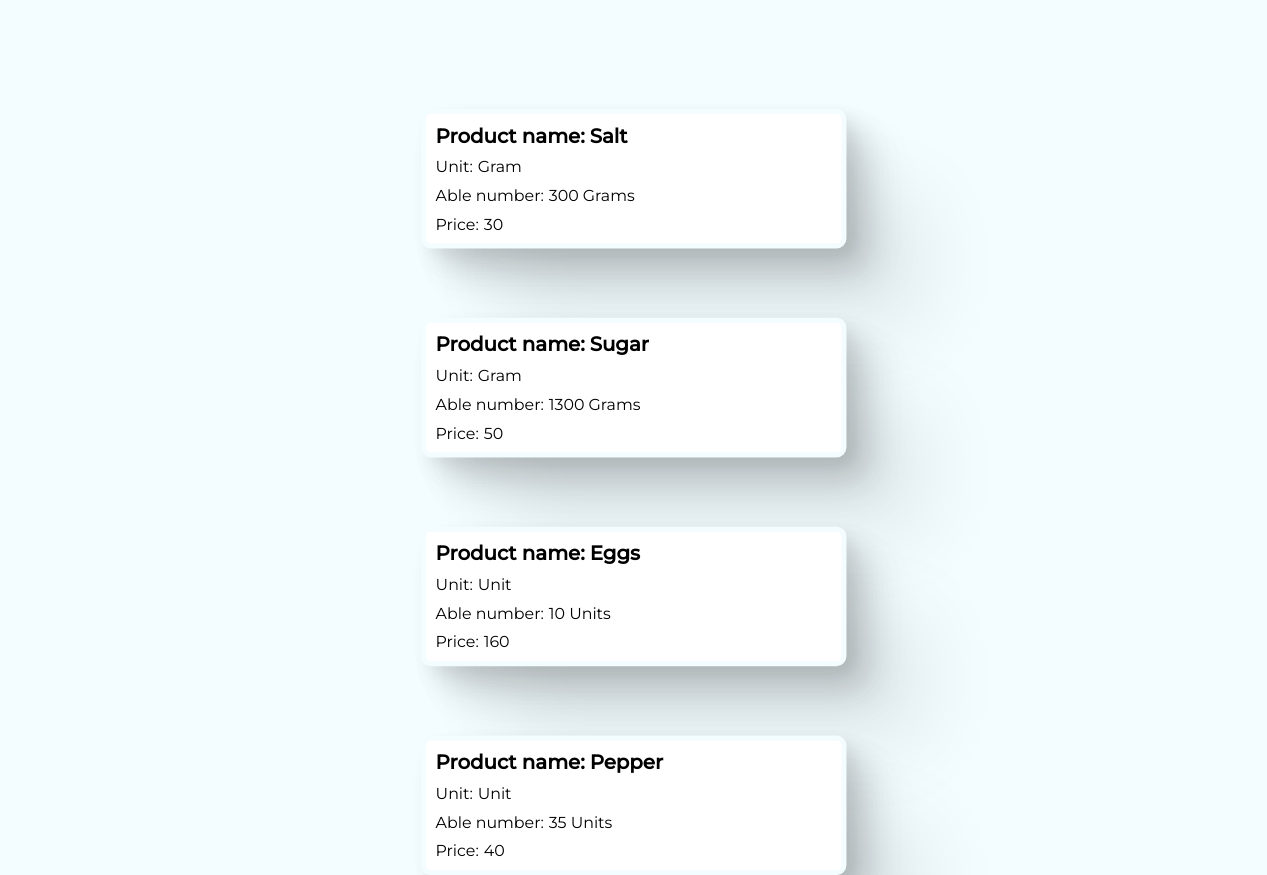
Repository: OlexandraKovach2/Vue
Page: / (app in vuexam/brila-exam/)
An editor plug-in stored every save of this project. The page is shown before and after the next save, followed by the edit.
The browser window is 1280 px wide. The pictures show the whole page, at 99% of full size.
The project was rebuilt for these pictures with package versions that can differ from the ones it lists, and the page was loaded fresh each time. Also part of the build but not shown: vuexam/brila-exam/vue.config.js.

Above is the page before, as saved 2022-11-08 22:02:03.

### vuexam/brila-exam/public/index.html
<!DOCTYPE html>
<html lang="">
  <head>
    <meta charset="utf-8">
    <meta http-equiv="X-UA-Compatible" content="IE=edge">
    <meta name="viewport" content="width=device-width,initial-scale=1.0">
    <link rel="icon" href="<%= BASE_URL %>favicon.ico">
    <title><%= htmlWebpackPlugin.options.title %></title>
  </head>
  <body>
    <noscript>
      <strong>We're sorry but <%= htmlWebpackPlugin.options.title %> doesn't work properly without JavaScript enabled. Please enable it to continue.</strong>
    </noscript>
    <div id="app"></div>
    <!-- built files will be auto injected -->
  </body>
</html>

<style>

  *{
    padding: 0px;
    margin: 0px;
  }
  body{
    background-color: rgb(243, 252, 255);
  }

</style>

### vuexam/brila-exam/src/main.js
import { createApp } from 'vue'
import App from './App.vue'
import store from '@/store'

createApp(App).use(store).mount('#app')

### vuexam/brila-exam/src/App.vue
<template>
  <div>
    <ObjectTable :listData="list"/>
  </div>
</template>

<script>
  import { mapGetters } from 'vuex';
  import ObjectTable from "./components/ObjectTable";
  export default {
    name: "App",
    components: {
      ObjectTable,
    },
    computed: {
      ...mapGetters(['list']),
    },
  }
</script>

<style lang="scss" scoped>
@import url('https://fonts.googleapis.com/css2?family=Montserrat:wght@100;200;300;400;500&display=swap');
*{
  font-family: 'Montserrat', sans-serif;
}
</style>

### vuexam/brila-exam/src/store/index.js
import {createStore} from 'vuex'

const store = createStore({
    state: {
        list: [
            {
                id: 1,
                name: "Salt",
                unit: "Gram",
                count: "300",
                cost: 30
            },
            {
                id: 2,
                name: "Sugar",
                unit: "Gram",
                count: "1300",
                cost: 50
            },
            {
                id: 3,
                name: "Eggs",
                unit: "Unit",
                count: "10",
                cost: 160
            },
            {
                id: 4,
                name: "Pepper",
                unit: "Unit",
                count: "35",
                cost: 40
            }
        ]
    },
    getters: {
        list: state => {
            return state.list;
        }
    },
});

export default store;

### vuexam/brila-exam/src/components/ObjectTable/index.vue
<template>
    <div class="objectTable">
        <div class="object">
        <ObjectBase v-for="item in listData"
        :key="item.id"
        :id="item.id"
        :name="item.name"
        :unit="item.unit"
        :count="item.count"
        :cost="item.cost"
        />
        </div>
    </div>
</template>

<script>
    import ObjectBase from "./ObjectBase.vue"
    export default {
        name: "ObjectTable",
        components: {
            ObjectBase,
        },
        props: {
            listData: {
                type: Array,
                default: () => []
            },
        },
    }
</script>

<style lang="scss" scoped>
.object{
    display: flex;
    flex-direction: column;
    margin-top: 40px;
}
.objectTable{
    display: flex;
    justify-content: center;
}
</style>

### vuexam/brila-exam/src/components/ObjectTable/ObjectBase.vue
<template>
    <div class="ObjectCard">
        <div class="info-row name">
            <div>Product name: </div>
            <div>{{name}}</div>
        </div>
        <div class="info-row">
            <div>Unit: </div>
            <div>{{unit}}</div>
        </div>
        <div class="info-row">
            <div>Able number: </div>
            <div>{{count}} {{unit}}s</div>
        </div>
        <div class="info-row">
            <div>Price: </div>
            <div>{{cost}}</div>
        </div>
    </div>
</template>

<script>
    import { mapGetters } from 'vuex'
    export default {
        name: "ObjectBase",
        computed: {
        ...mapGetters(['list']),
        },
        props: {
            id: {
                type: Number,
                default: 0
            },
            name: {
                type: String,
                default: "None name"
            },
            unit: {
                type: String,
                default: "kilo"
            },
            count: {
                type: Number,
                default: 1
            },
            cost: {
                type: Number,
                default: 10
            }
        },
    }
</script>

<style lang="scss" scoped>
.ObjectCard{
    margin-top: 70px;
    background-color: white;
    width: 400px;
    border-radius: 10px;
    border: 5px solid rgb(243, 252, 255);
    box-shadow:
  6.6px 6.7px 13.7px rgba(0, 0, 0, 0.04),
  12.9px 13.2px 25.3px rgba(0, 0, 0, 0.053),
  19.2px 19.6px 34.3px rgba(0, 0, 0, 0.057),
  25.9px 26.5px 40.9px rgba(0, 0, 0, 0.057),
  35.7px 36.6px 47.2px rgba(0, 0, 0, 0.057),
  82px 84px 80px rgba(0, 0, 0, 0.07);
  display: flex;
  flex-direction: column;
  gap: 10px;
  padding: 10px;
  transition: 0.3s;
}
.ObjectCard:hover{
    scale: 1.1;
}
.info-row{
    display: flex;
    gap: 5px;
    transition: 0.3s;
}
.info-row:hover{
    scale: 1.04;
}
.name{
    font-size: 20px;
    font-weight: 600;
}
</style>

After the next save:
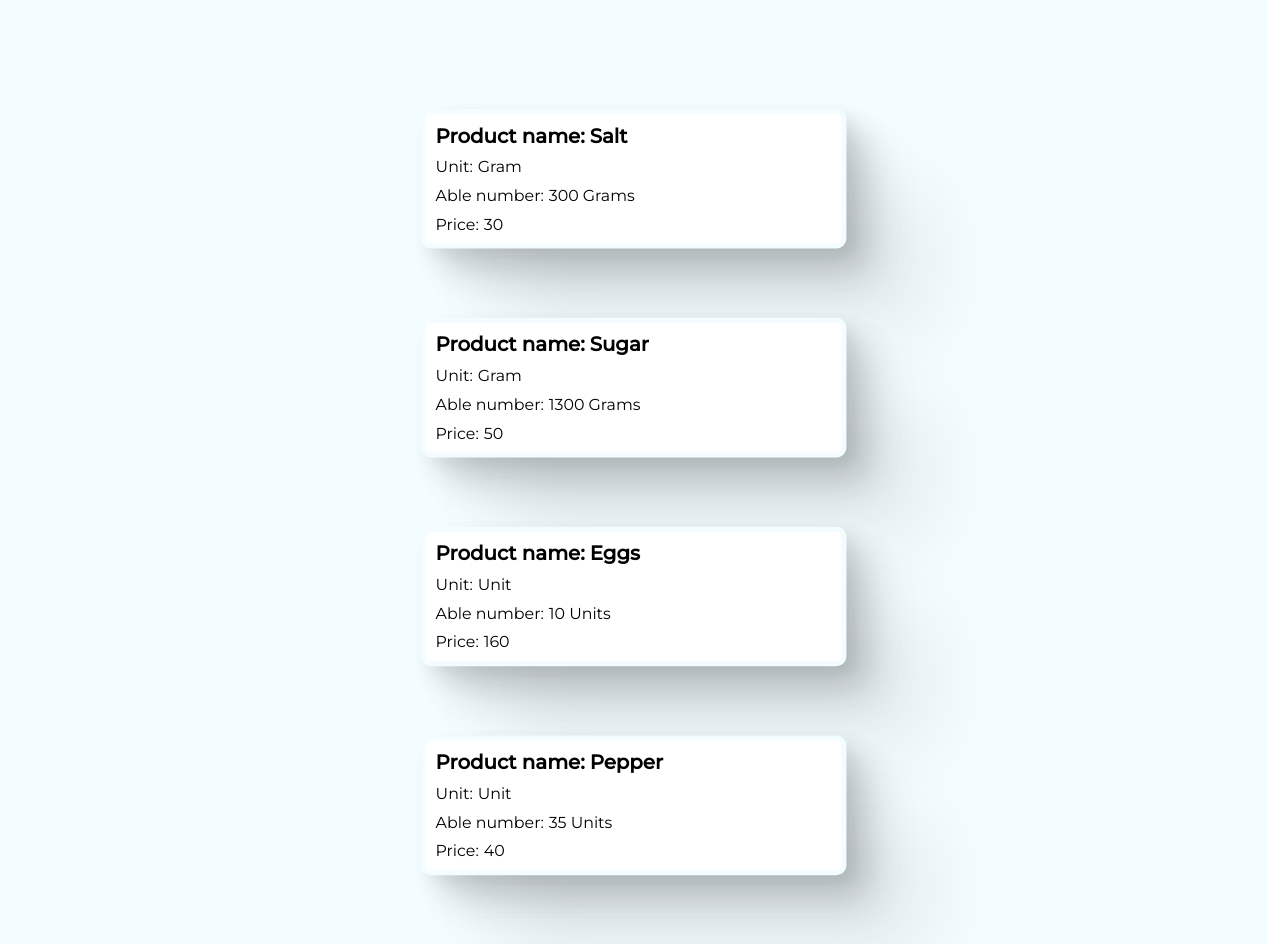
Saved 35 s later.
--- a/vuexam/brila-exam/src/components/ObjectTable/index.vue
+++ b/vuexam/brila-exam/src/components/ObjectTable/index.vue
@@ -39,4 +39,7 @@
     display: flex;
     justify-content: center;
 }
+.object:last-child{
+    margin-bottom: 70px;
+}
 </style>
